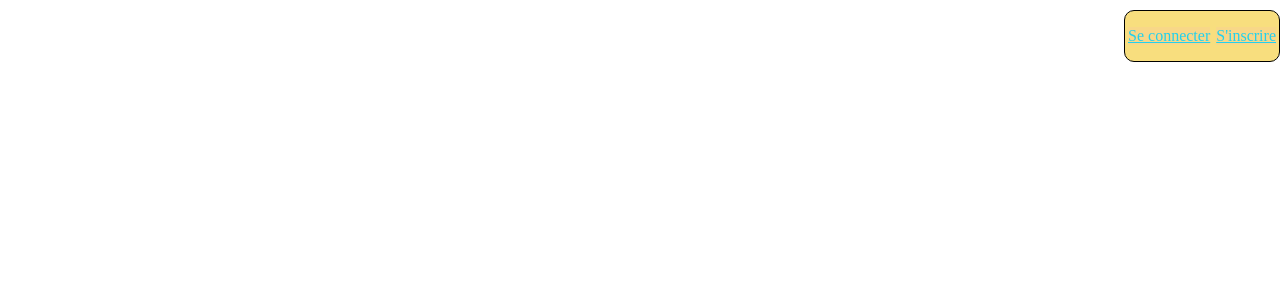
Repository: DylanORK/htdocs
Page: http://localhost/PannelInconnu.php
The author's editor kept a copy of each file at every save. The page is drawn from the files as they stood at one save, then again after the next save.
The browser window is 1280 px wide. The pictures show the whole page.
The page is run by PHP 8.4 with error messages shown; the project is at /var/www/html/.

Above is the page before, as saved 2015-06-02 11:03:58.

### EclipsePHP/InterFaceWeb/PannelInconnu.php
<?php require ("Style/Style-Pannel.php"); ?>

<div id="Carre">

<ul class="PannelInconnu">
<li><a href="Connexion.php">Se connecter</a></li>
<li><a href="Inscription.php">S'inscrire</a></li>
</ul>

</div>

### EclipsePHP/InterFaceWeb/Style/Style-Pannel.php
<style type="text/css">

ul.PannelInconnu
{
padding :0px;
}


.PannelInconnu li
{
list-style-type : none;
float: left;
margin : 0px 3px;
text-align : center;
vertical-align: text-bottom;

}

.PannelInconnu li a
{
display : block;
background-color : #f8d788;
color : #22d1ed	;

}

#Carre
{

background-color : #f8de7e;
height : 50px;
position: fixed;
border : 1px solid black;
float:right;
top : 10px;
right : 0;
-webkit-border-radius: 10px;
-moz-border-radius: 10px;
border-radius: 10px;
}

</style>

After the next save:
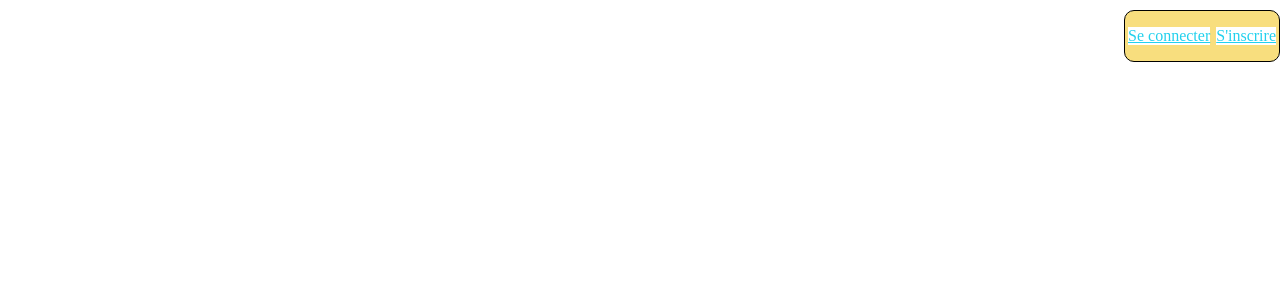
Saved 10 s later.
--- a/EclipsePHP/InterFaceWeb/Style/Style-Pannel.php
+++ b/EclipsePHP/InterFaceWeb/Style/Style-Pannel.php
@@ -19,7 +19,7 @@ vertical-align: text-bottom;
 .PannelInconnu li a
 {
 display : block;
-background-color : #f8d788;
+background-color : #ffffff;
 color : #22d1ed	;
 
 }
